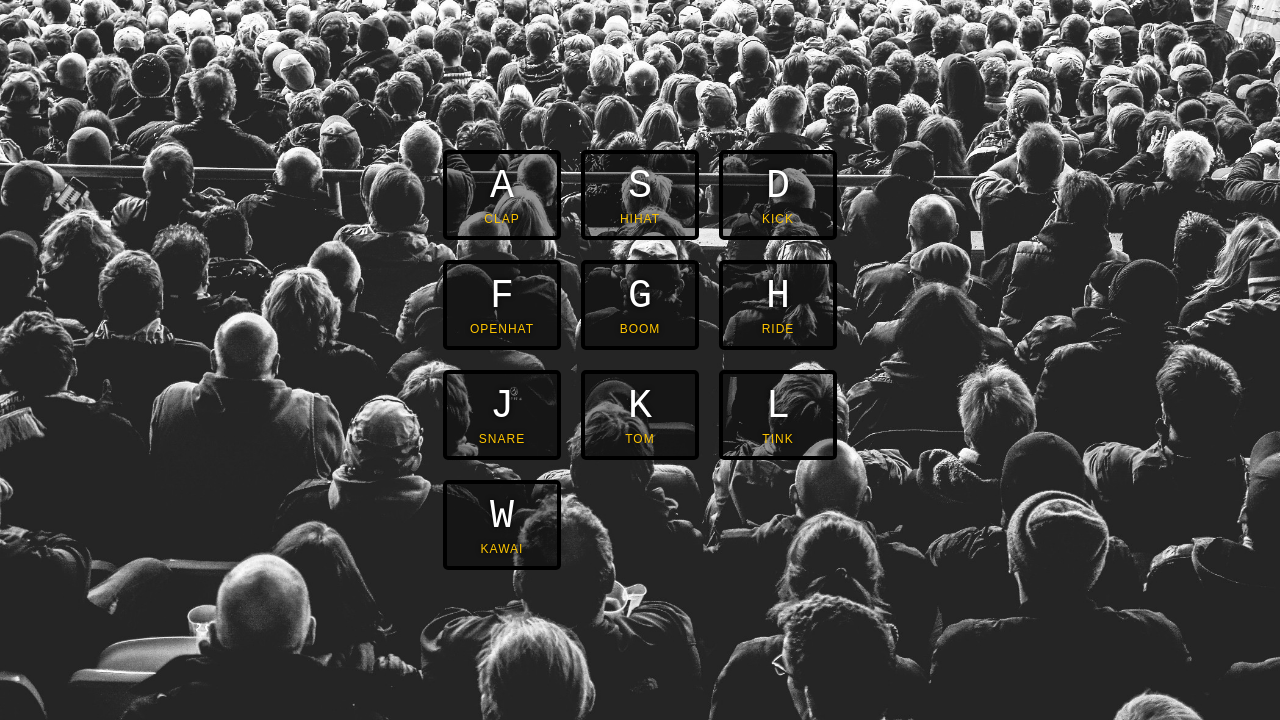
Repository: Freezler/drumkitJS
Page: index-START.html
These files come from the project's save history. The page is drawn as it stood at one moment and after the next save; the edit follows.
The browser window is 1280 px wide. The pictures show the whole page.

Above is the page before, as saved 2024-08-23 00:10:15.

After the next save:
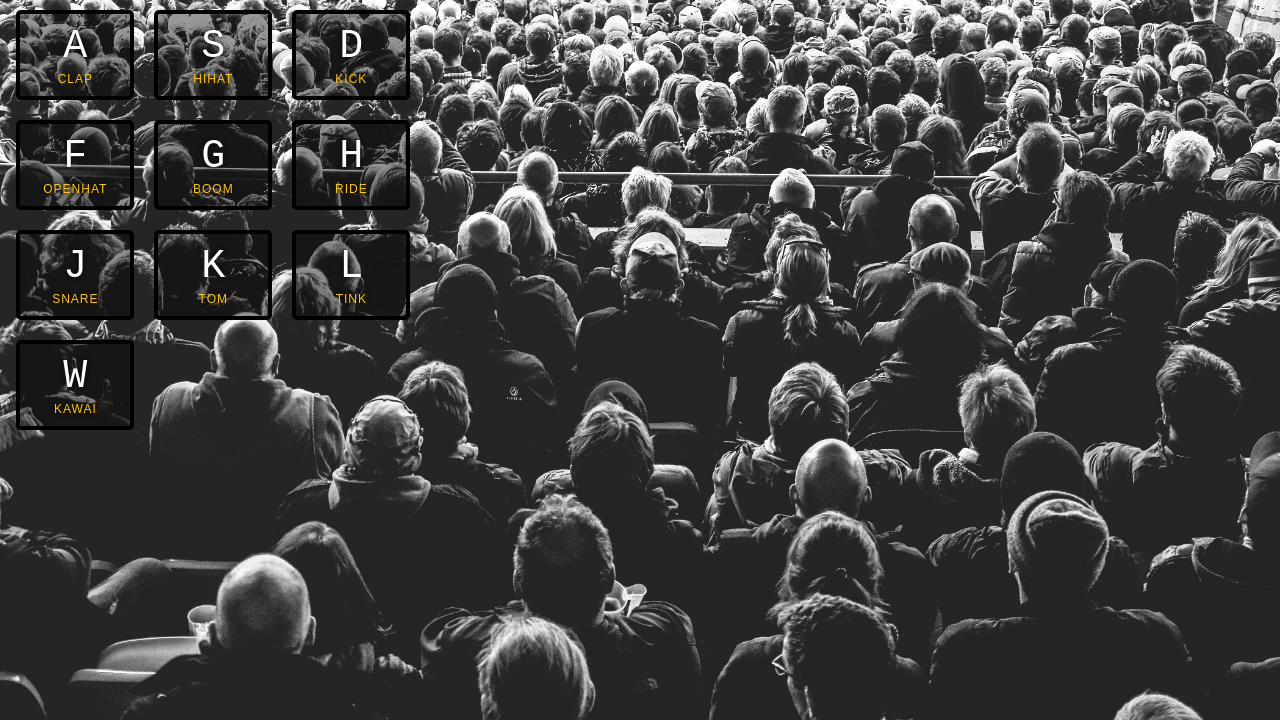
Saved 6 s later.
--- a/style.css
+++ b/style.css
@@ -28,7 +28,7 @@
 
 .keys {
 
-  grid-area: 1 / 2 / 4 / 3;
+
 
   display: grid;
   grid-template-columns: repeat(3, 1fr);

After the save that followed:
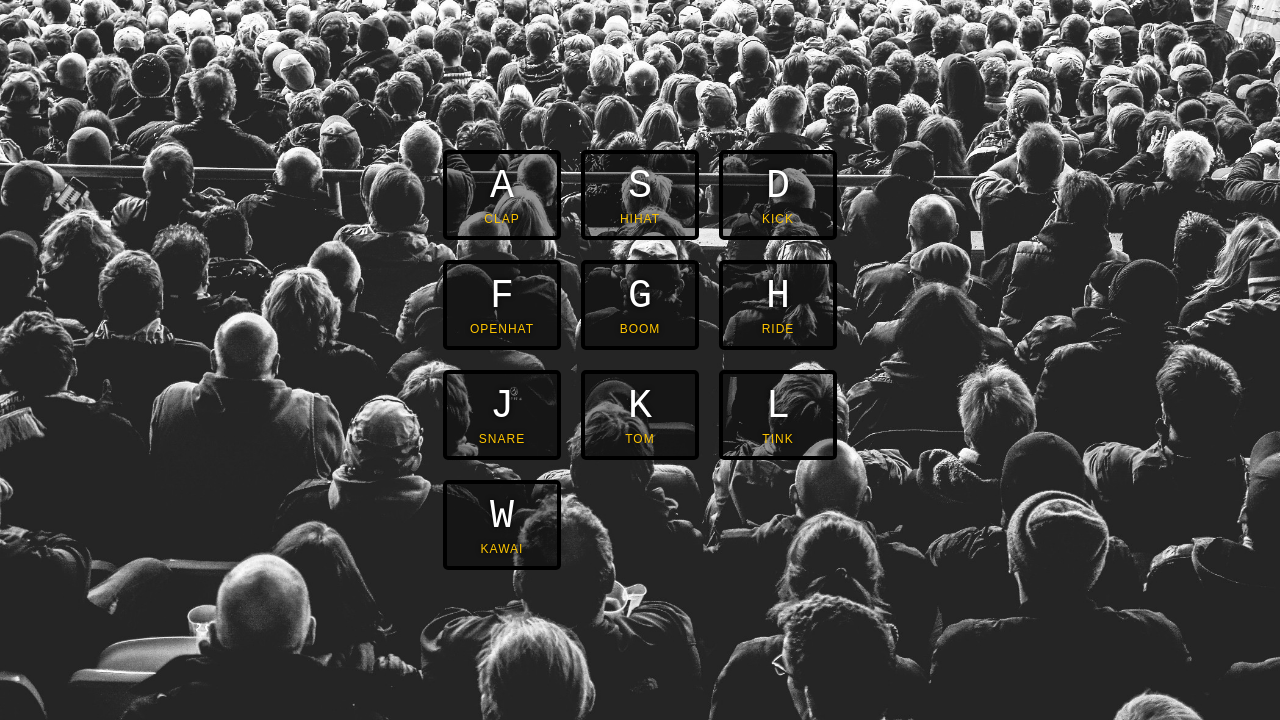
Saved 7 s later.
--- a/style.css
+++ b/style.css
@@ -28,7 +28,7 @@
 
 .keys {
 
-
+  grid-area: 2 / 2 / 3 / 3;
 
   display: grid;
   grid-template-columns: repeat(3, 1fr);
